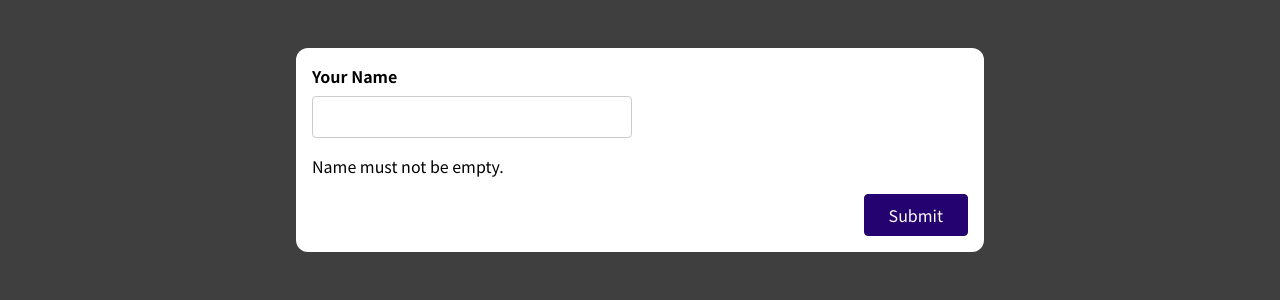
Repository: wenxi0504/08_Form-UserInput-React-
Page: /
An editor plug-in stored every save of this project. The page is shown before and after the next save, followed by the edit.
The browser window is 1280 px wide. The pictures show the whole page.
The project was rebuilt for these pictures with package versions that can differ from the ones it lists, and the page was loaded fresh each time.

Above is the page before, as saved 2022-07-13 22:47:54.

After the next save:
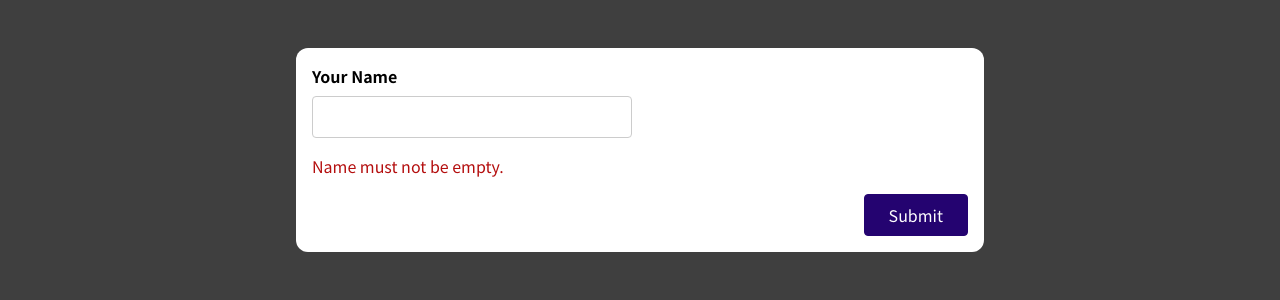
Saved 21 s later.
--- a/src/components/SimpleInput.js
+++ b/src/components/SimpleInput.js
@@ -38,7 +38,9 @@ const SimpleInput = (props) => {
           // two way bind
           value={enteredName}
         />
-        {!enteredNameIsValid && <p>Name must not be empty.</p>}
+        {!enteredNameIsValid && (
+          <p className="error-text">Name must not be empty.</p>
+        )}
       </div>
       <div className="form-actions">
         <button>Submit</button>
